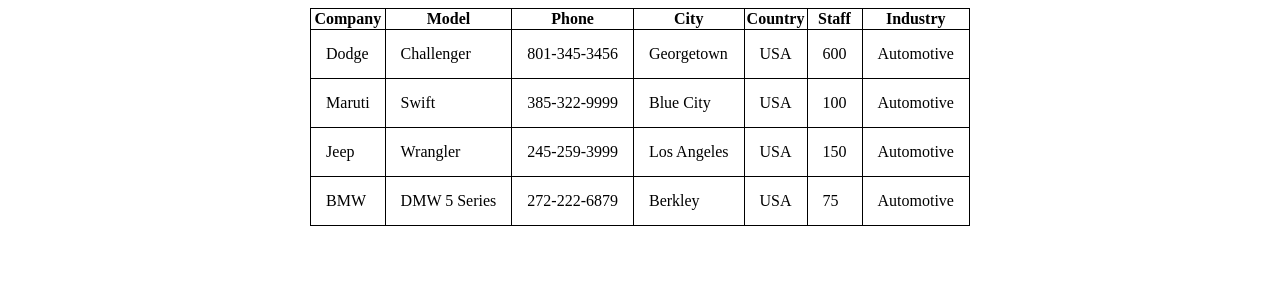
Repository: vgoins-RA2022/HTML-2
Page: index.html
The author's editor kept a copy of each file at every save. The page is drawn from the files as they stood at one save, then again after a run of saves.
The browser window is 1280 px wide. The pictures show the whole page.

Above is the page before, as saved 2023-01-21 22:35:59.

### index.html
<!DOCTYPE html>
<html lang="en">

<head>
  <meta charset="UTF-8">
  <meta name="viewport" content="width=device-width, initial-scale=1">
  <link rel="stylesheet" href="../HTML-2/src/css/Style.css" type="text/css">
  <title>HTML Table Assignment 2</title>
</head>

<body>
  <!-- Build Table -->
  <table>
    <thead>
      <tr>
        <!-- Name colomn headings -->
        <th>Company</th>
        <th>Model</th>
        <th>Phone</th>
        <th>City</th>
        <th>Country</th>
        <th>Staff</th>
        <th>Industry</th>
      </tr>
    </thead>
    <tbody>
      <tr>
        <!--Beginning table data  -->
        <td class="table-cell-padding">Dodge</td>
        <td class="table-cell-padding">Challenger</td>
        <td class="table-cell-padding">801-345-3456</td>
        <td class="table-cell-padding">Georgetown</td>
        <td class="table-cell-padding">USA</td>
        <td class="table-cell-padding">600</td>
        <td class="table-cell-padding">Automotive</td>
      </tr>
       <tr>
        <td class="table-cell-padding">Maruti</td>
        <td class="table-cell-padding">Swift</td>
        <td class="table-cell-padding">385-322-9999</td>
        <td class="table-cell-padding">Blue City</td>
        <td class="table-cell-padding">USA</td>
        <td class="table-cell-padding">100</td>
        <td class="table-cell-padding">Automotive</td>

      </tr>
      <tr>
        <td class="table-cell-padding">Jeep</td>
        <td class="table-cell-padding">Wrangler</td>
        <td class="table-cell-padding">245-259-3999</td>
        <td class="table-cell-padding">Los Angeles</td>
        <td class="table-cell-padding">USA</td>
        <td class="table-cell-padding">150</td>
        <td class="table-cell-padding">Automotive</td>
      </tr>
      <tr>
        <td class="table-cell-padding">BMW</td>
        <td class="table-cell-padding">DMW 5 Series</td>
        <td class="table-cell-padding">272-222-6879</td>
        <td class="table-cell-padding">Berkley</td>
        <td class="table-cell-padding">USA</td>
        <td class="table-cell-padding">75</td>
        <td class="table-cell-padding">Automotive</td>
      </tr>
    </tbody>
    <!-- Ending table data -->
  </table>

 </body>

</html>

### src/css/Style.css

table, th, td {
  border: 1px solid black;
  border-collapse: collapse;
}

table {
  margin: 0 auto;
}
  .table-cell-padding {
    padding: 15px;
  }

After the next 3 saves:
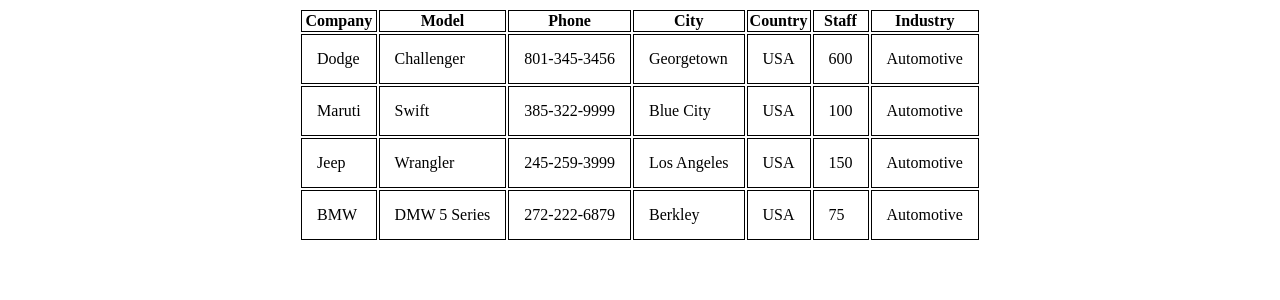
The 3 saves are shown as one change because they came seconds apart.
The last was saved 14 s later.
--- a/src/css/Style.css
+++ b/src/css/Style.css
@@ -1,4 +1,4 @@
-
+set table b
 table, th, td {
   border: 1px solid black;
   border-collapse: collapse;

After the 4 saves that followed:
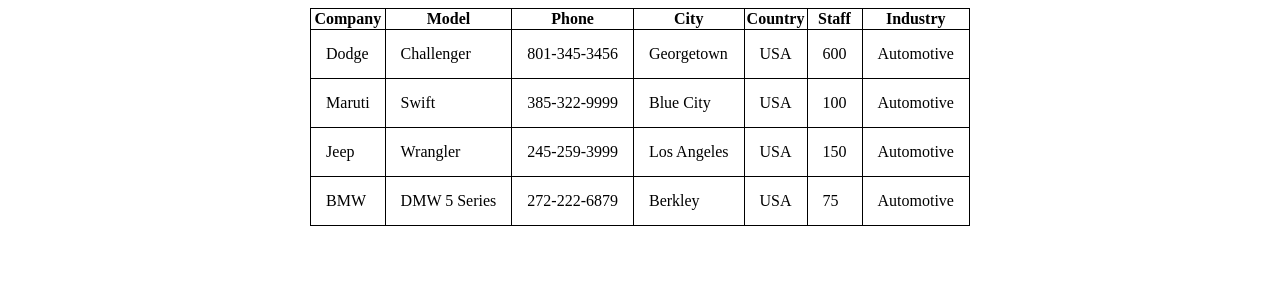
The 4 saves are shown as one change because 2 left the picture as it was and some came seconds apart.
The last was saved 20 s later.
--- a/src/css/Style.css
+++ b/src/css/Style.css
@@ -1,4 +1,4 @@
-set table b
+/* style table border */
 table, th, td {
   border: 1px solid black;
   border-collapse: collapse;
